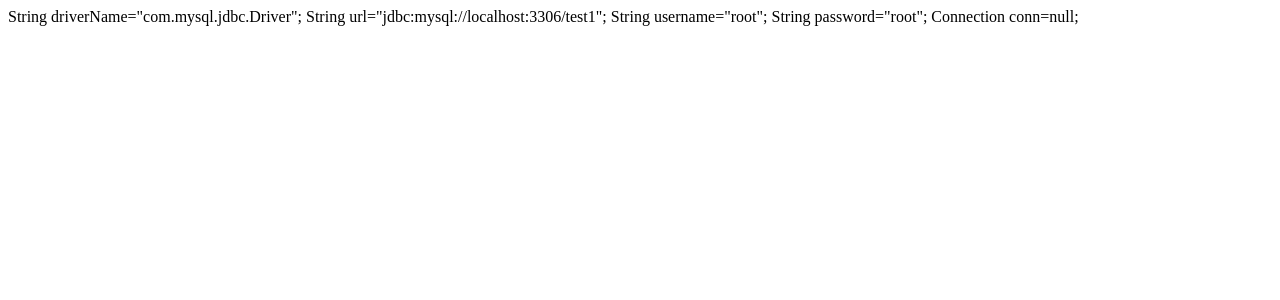
Repository: jodawoon/JSP
Page: http://localhost/jsp/week13/dbconn.jsp
An editor plug-in stored every save of this project. The page is shown before and after the next save, followed by the edit.
The browser window is 1280 px wide. The pictures show the whole page.
The page is served by Tomcat 9.

Above is the page before, as saved 2022-11-24 01:46:42.

### jsp/WebContent/week13/dbconn.jsp
<%@ page language="java" contentType="text/html; charset=EUC-KR"
    pageEncoding="EUC-KR"%>
<%@ page import="java.sql.*" %>
<!DOCTYPE html>
<html>
<head>
<meta charset="EUC-KR">
<title>Insert title here</title>
</head>
<body>
	String driverName="com.mysql.jdbc.Driver";
	String url="jdbc:mysql://localhost:3306/test1";
	String username="root";
	String password="root";
	Connection conn=null;
</body>
</html>

After the next save:
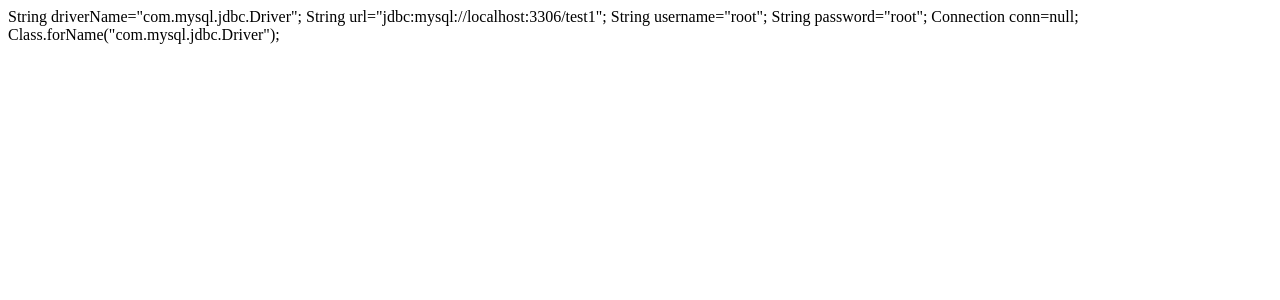
Saved 53 s later.
--- a/jsp/WebContent/week13/dbconn.jsp
+++ b/jsp/WebContent/week13/dbconn.jsp
@@ -13,5 +13,7 @@
 	String username="root";
 	String password="root";
 	Connection conn=null;
+
+	Class.forName("com.mysql.jdbc.Driver");
 </body>
 </html>
